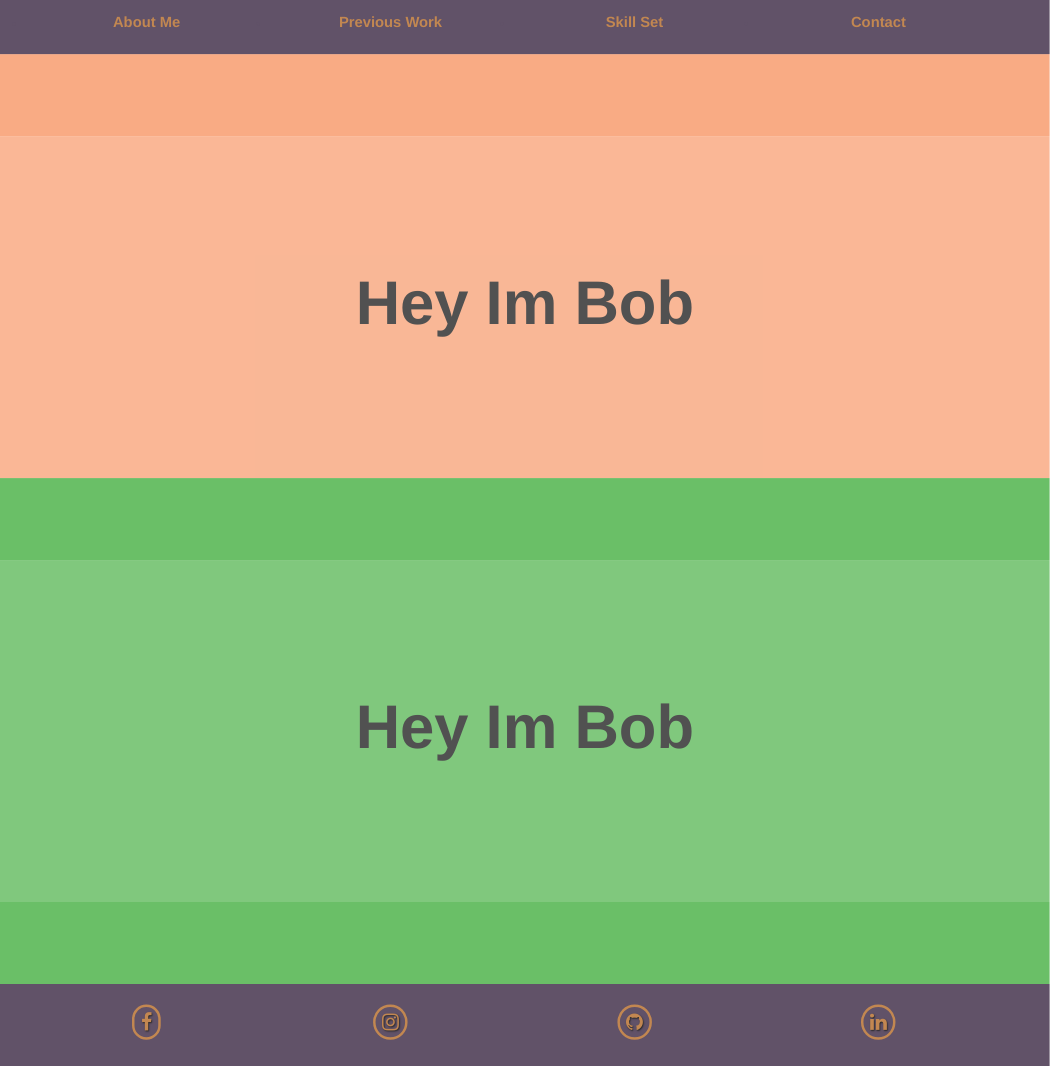
Repository: Rang3rDang3r/Portfolio
Page: main.html
The author's editor kept a record of every edit. The page is drawn from the files as they stood at one moment, then again after the next edit.
The browser window is 1280 px wide. The pictures show the whole page, at 82% of full size.

Above is the page before.

### main.html
<!DOCTYPE html>
<html lang="en">
<head>

    <meta charset="UTF-8">
    <meta name="viewport" content="width=device-width, initial-scale=1.0">
    <meta http-equiv="X-UA-Compatible" content="ie=edge">

    <!-- Stylesheets -->
    <link rel="stylesheet" href="main-style.css" type="text/css" />
    <link rel="stylesheet" href="https://maxcdn.bootstrapcdn.com/bootstrap/3.3.7/css/bootstrap.min.css">
    <link rel="stylesheet" href="https://maxcdn.bootstrapcdn.com/font-awesome/4.7.0/css/font-awesome.min.css" type="text/css" />
    <link href="https://fonts.googleapis.com/css?family=Arimo&display=swap" rel="stylesheet">
    <!-- /Stylesheets -->

    <title>Stuart Evans - Web Developer</title>

</head>
<body>

    <!-- Nav Bar -->
    <nav>
        <div class="container-fluid">
            <div class="row col-xs-12">
                <ul class="nav-bar col-xs-12">
                    <li class="nav-link col-xs-6 col-sm-3">
                        <a href="#">About Me</a>
                    </li>
                    <li class="nav-link col-xs-6 col-sm-3">
                        <a href="#">Previous Work</a>
                    </li>
                    <li class="nav-link col-xs-6 col-sm-3">
                        <a href="#">Skill Set</a>
                    </li>
                    <li class="nav-link col-xs-6 col-sm-3">
                        <a href="#">Contact</a>
                    </li>
                </ul>
            </div>
        </div>
    </nav>
    <!--/Nav Bar -->

    <!-- About Me -->
    <section>
        <div class="vivid-tangerine-b"></div>
            <div class="vivid-tangerine">
                <p><strong>Hey Im Bob</strong></p>
            </div>
        <div class="eton-blue-b"></div>

        <div class="mantis-b"></div>
            <div class="mantis">
                <p><strong>Hey Im Bob</strong></p>
            </div>
        <div class="mantis-b"></div>
    </section>
    <!-- About Me -->

    <!-- Previous Work -->
    <section>

    </section>
    <!-- Previous Work -->

    <!-- Skill Set -->
    <section>

    </section>
    <!-- Skill Set -->

    <!-- Contact Form -->
    <section>

    </section>
    <!-- Contact Form -->

    <!-- Footer -->
    <footer>
        <div class="container-fluid">
            <div class="row col-xs-12">
                <ul class="footer-format col-xs-12">
                    <li class="footer-links col-xs-6 col-md-3">
                        <a href="https://www.facebook.com/ranger.danger.91" alt="Facebook" target="_blank"><i class="fa fa-facebook"></i></a>
                    </li>
                    <li class="footer-links col-xs-6 col-md-3">
                        <a href="https://www.instagram.com/rangerroo/" alt="Instagram" target="_blank"><i class="fa fa-instagram"></i></a>
                    </li>
                    <li class="footer-links col-xs-6 col-md-3">
                        <a href="https://github.com/Rang3rDang3r" alt="GitHub" target="_blank"><i class="fa fa-github"></i></a>
                    </li>
                    <li class="footer-links col-xs-6 col-md-3">
                        <a href="https://www.linkedin.com/in/stuart-evans-b672a6139/" alt="LinkedIn" target="_blank"><i class="fa fa-linkedin"></i></a>
                    </li>
                </ul>
            </div>
        </div>
    </footer>
    <!-- /Footer -->

</body>
</html>

### main-style.css
/*--- Font Family ---*/

@import url("https://fonts.googleapis.com/css?family=Arimo:100,200,300,400,500,600,700");

/*--- Background Images ---*/


/*--- Header Format ---*/

h1
h2
h3
h4
h5
h6 {
    font-family: "Arimo", sans-serif;
}

a {
    text-decoration: none !important;
}

/*--- Nav Bar ---*/

nav {
    background-color: #46344e;
    opacity: 0.85;
}

.nav-link {
    color: #46344e;
    text-align: center;
    margin-top: 15px;
    margin-bottom: 15px;
}

.nav-link a {
    color: rgb(184, 115, 51);
    font-family: "Arimo", sans-serif;
    font-weight: bold;
    font-size: large;
}

.nav-link a:hover {
    color: #ffffff;
    transition-duration: 1s;
    transition-timing-function: ease-in-out;
}

/*--- Footer ---*/

footer{
    clear: both;
    min-height: 100px;
    background-color: #46344e;
    opacity: 0.85;
    float: none;
}

.footer-links {
    text-align: center;
}

.footer-format {
    margin-bottom: 20px;
}

.footer-format li {
    color: #46344e;
    padding-top: 15px;
    padding-bottom: 15px;
    margin-top: 15px;
}

.footer-format li a {
    font-family: "Arimo", sans-serif;
    color: rgb(184, 115, 51);
    font-size: x-large;
    text-shadow: 1px 1px 2px #000000;
    padding: 5px 7.5px 5px 7.5px;
    border: 3px solid rgb(184, 115, 51);
    border-radius: 25px;
}

.footer-format li a:hover {
    color: #ffffff;
    border: 5px solid #ffffff;
    transition-duration: 1s;
    transition-timing-function: ease-in-out;
}

/*--- Media Queries ---*/

@media(min-width: 768px) {
    .footer-links {
        display: inline;
    }
}

.vivid-tangerine {
    background-color: #f9ab84;
    padding-top: 150px;
    padding-bottom: 150px;
    opacity: 0.85;
    text-align: center;
    font-size: 75px;
}

.vivid-tangerine-b {
    background-color: #f9ab84;
    opacity: 1;
    padding-top: 50px;
    padding-bottom: 50px;

}
.mantis {
    background-color: #6abf67;
    padding-top: 150px;
    padding-bottom: 150px;
    opacity: 0.85;
    text-align: center;
    font-size: 75px;
}

.mantis-b {
    background-color: #6abf67;
    opacity: 1;
    padding-top: 50px;
    padding-bottom: 50px;

}

After the next edit:
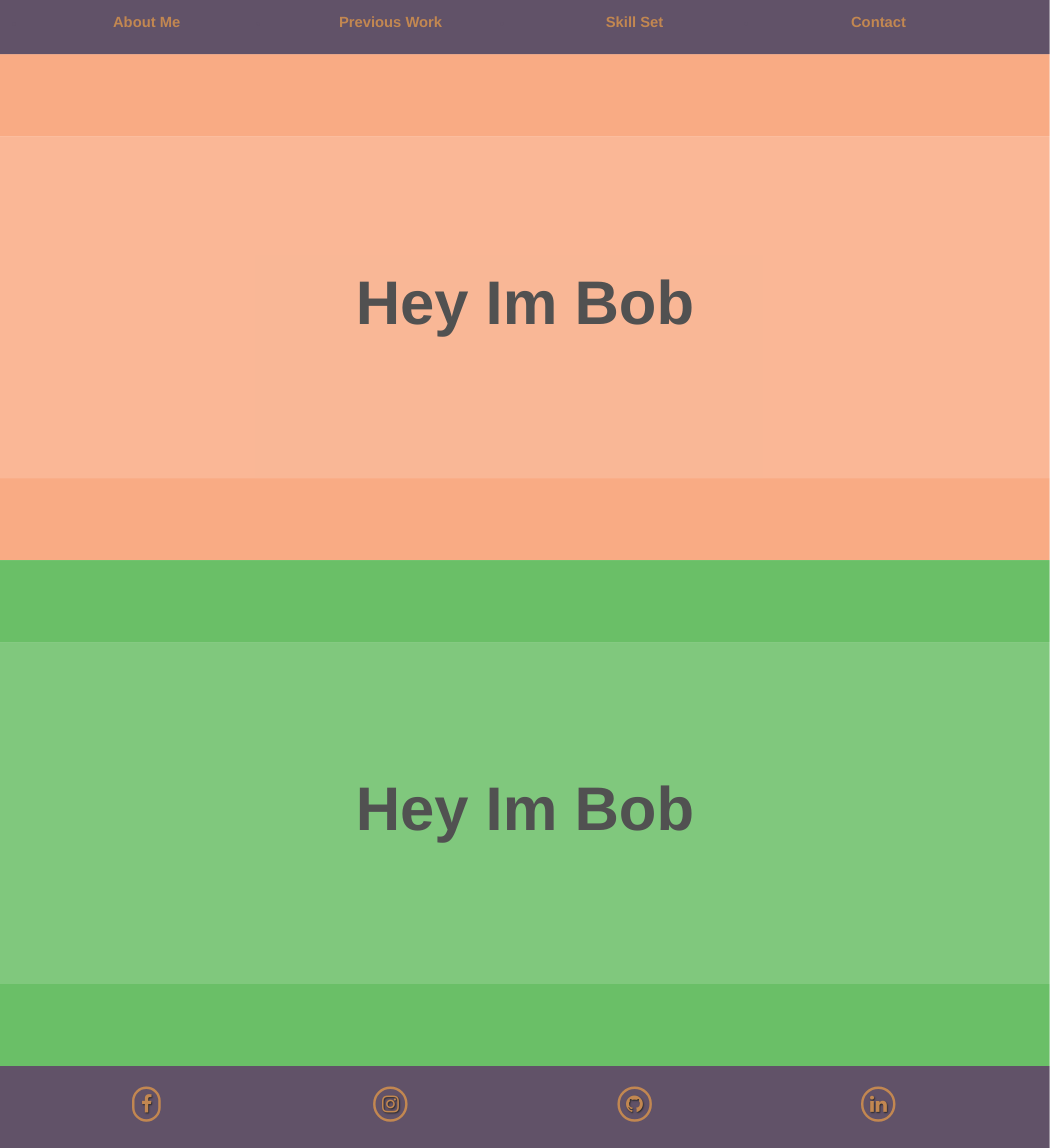
The edit:
--- a/main.html
+++ b/main.html
@@ -47,7 +47,7 @@
             <div class="vivid-tangerine">
                 <p><strong>Hey Im Bob</strong></p>
             </div>
-        <div class="eton-blue-b"></div>
+        <div class="vivid-tangerine-b"></div>
 
         <div class="mantis-b"></div>
             <div class="mantis">
